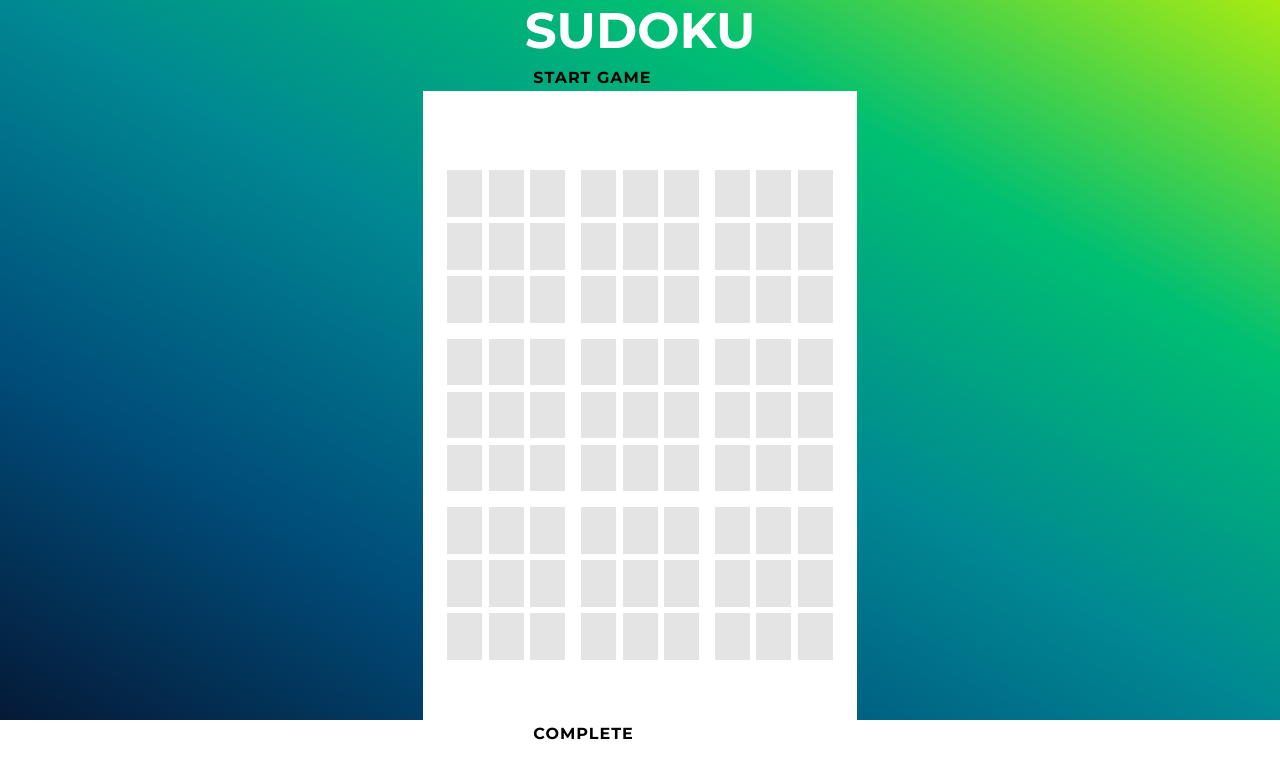
Repository: pattypetrikova/sudoku
Page: index.html
The author's editor kept a copy of each file at every save. The page is drawn from the files as they stood at one save, then again after the next save.
The browser window is 1280 px wide. The pictures show the whole page.
Some web fonts or font styles are not loaded; a fallback is used.

Above is the page before, as saved 2022-12-30 12:12:09.

After the next save:
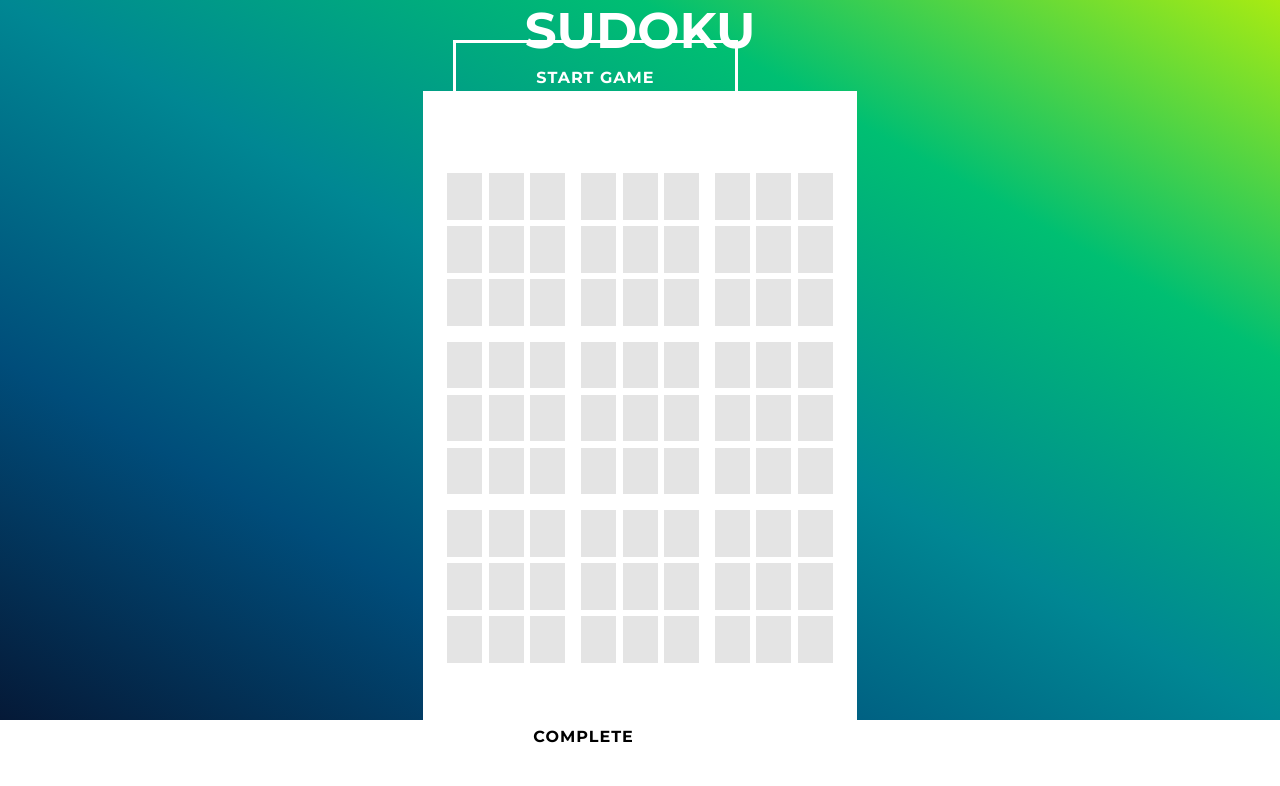
Saved 40 s later.
--- a/assets/style.css
+++ b/assets/style.css
@@ -93,14 +93,14 @@
   }
 
   /* Button 1 */
-  .btn-1 {
+  .button-1 {
     border: 3px solid #fff;
     color: #fff;
   }
 
   /* Button 1a */
-  .btn-1a:hover,
-  .btn-1a:active {
+  .button-1:hover,
+  .button-1:active {
     color: #0e83cd;
     background: #fff;
   }
